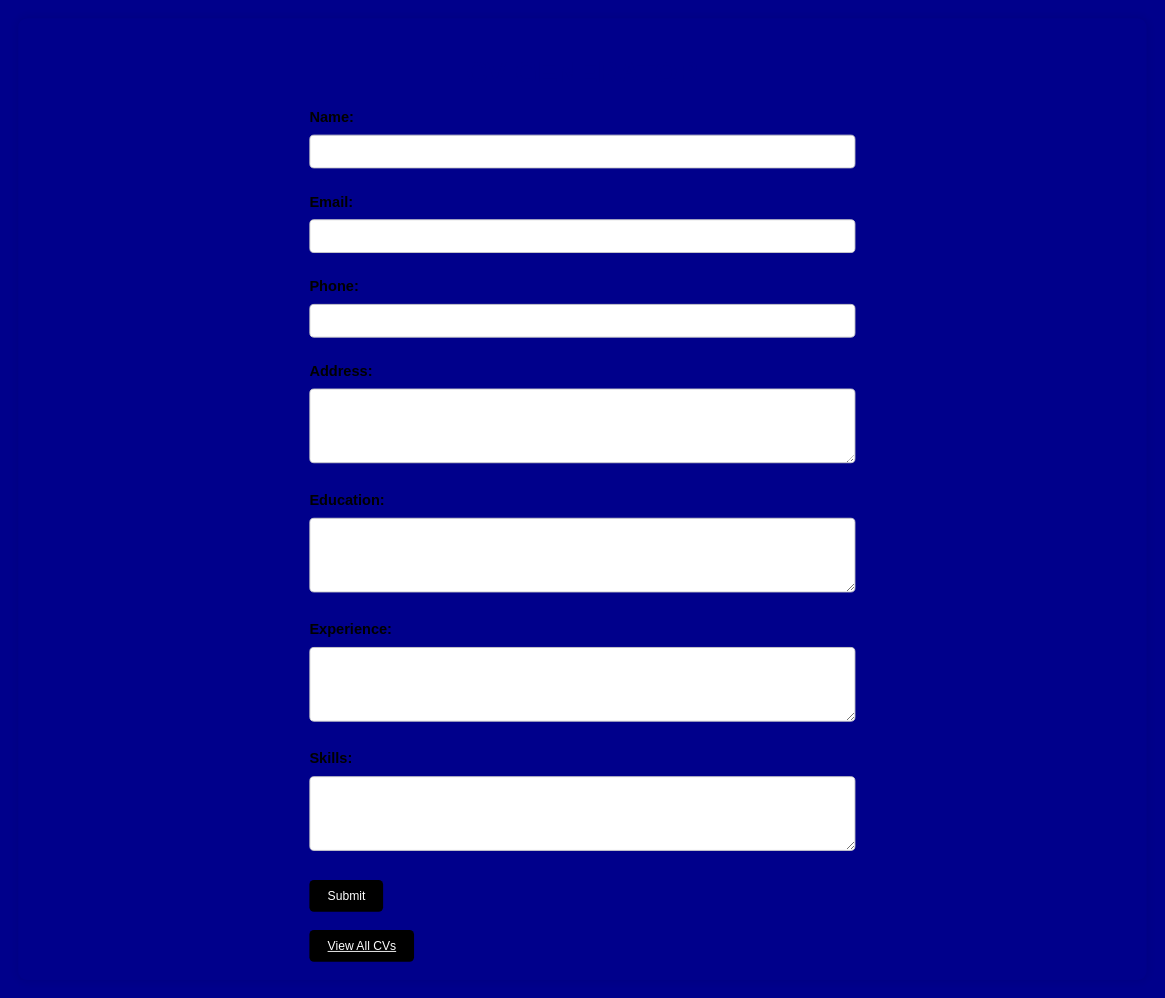
Repository: Arisha004/CV-generator
Page: index.html
These files come from the project's save history. The page is drawn as it stood at one moment and after a run of saves; the edit follows.
The browser window is 1280 px wide. The pictures show the whole page, at 91% of full size.

Above is the page before, as saved 2025-10-14 01:08:46.

### index.html
<!DOCTYPE html>
<html lang="en">
<head>
    <meta charset="UTF-8">
    <meta name="viewport" content="width=device-width, initial-scale=1.0">
    <title>Document</title>
    <link rel="stylesheet" href="style.css">
</head>
<body>
    <h1> CV GENERATOR </h1>
    <form id="cv" action="insert.php" method="post">
        <label for="name">Name:</label>
        <input type="text" id="name" name="name" required><br><br>

        <label for="email">Email:</label>
        <input type="email" id="email" name="email" required><br><br>

        <label for="phone">Phone:</label>
        <input type="tel" id="phone" name="phone" required><br><br>
        <label for="address">Address:</label><br>
        <textarea id="address" name="address" rows="4" cols="50"  required></textarea><br><br>
        <label for="education">Education:</label><br>
        <textarea id="education" name="education" rows="4" cols="50" required></textarea><br><br>

        <label for="experience">Experience:</label><br>
        <textarea id="experience" name="experience" rows="4" cols="50" required></textarea><br><br>

        <label for="skills">Skills:</label><br>
        <textarea id="skills" name="skills" rows="4" cols="50" required></textarea><br><br>

        <button type="submit" value="submit"> Submit </button>
    </form>

    <div style="margin-top: 20px;">
        <form id="cv" action="list.php" method="get">
      <button>  <a href="list.php">View All CVs</a></button></form>
    </div>
</body>
</html>

### style.css

body{
    background-color: darkblue;
    font-family: Arial, sans-serif;
    margin: 20px;
    padding: 20px;
    border-radius: 10px;
    box-shadow: 0 0 10px rgba(0, 0,0, 0.1);

}
h1{
    color: darkblue;
    text-align: center;
}
p{
    font-size: 16px;
    line-height: 1.5;
    color: #333;
}
a{
    color: lightblue;
    text-decoration: underline;
}
a:hover{
    text-decoration: underline;
}
button{
    background-color: black;
    color: white;
    border: none;
    padding: 10px 20px;
    border-radius: 5px;
    cursor: pointer;
}
button:hover{
    background-color: navy;
}
input[type="text"], input[type="email"], textarea,input[type="tel"]{
    width: 100%;
    padding: 10px;
    margin: 10px 0;
    border: 1px solid #ccc;
    border-radius: 5px;
    box-sizing: border-box;
}
h2{
    color: darkblue;
    border-bottom: 2px solid darkblue;
    padding-bottom: 5px;
}
input[type="submit"]{
    background-color: darkblue;
    color: white;
    border: none;
    padding: 10px 20px;
    border-radius: 5px;
    cursor: pointer;
}
  table, th, td{
            border: 1px solid black;
            border-collapse: collapse;
        }
        th, td{
            padding: 10px;
        }

form{
    max-width: 600px;
    margin: auto;
}
label{
    font-weight: bold;
}
.container{
    max-width: 800px;
    margin: auto;
    padding: 20px;
    background-color: white;
    border-radius: 10px;
    box-shadow: 0 0 10px rgba(0, 0, 0, 0.1);
}
button a{
    color: white;

}

After the next 2 saves:
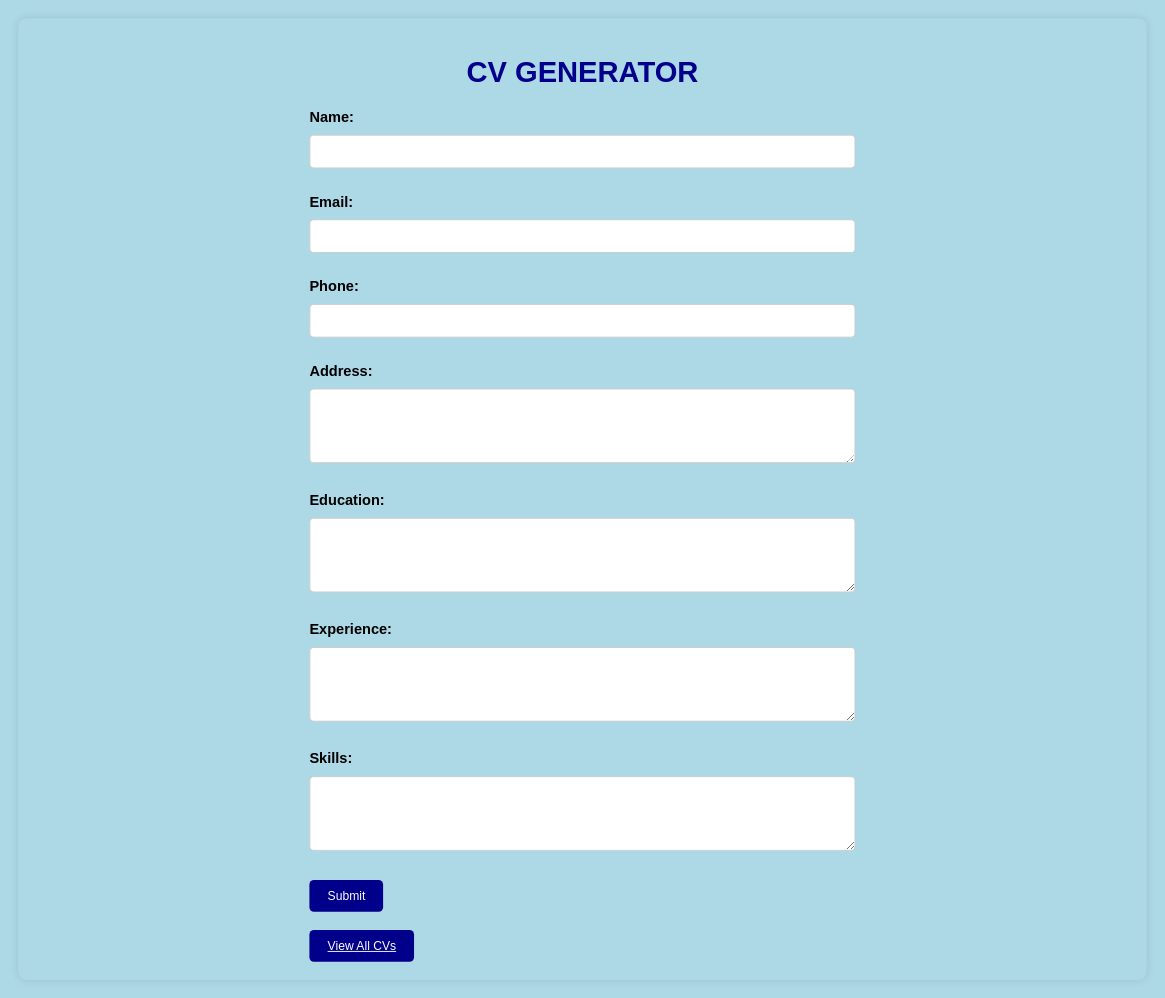
The 2 saves are shown as one change because they came seconds apart.
The last was saved 11 s later.
--- a/style.css
+++ b/style.css
@@ -1,6 +1,6 @@
 
 body{
-    background-color: darkblue;
+    background-color: lightblue;
     font-family: Arial, sans-serif;
     margin: 20px;
     padding: 20px;
@@ -25,7 +25,7 @@
     text-decoration: underline;
 }
 button{
-    background-color: black;
+    background-color: darkblue;
     color: white;
     border: none;
     padding: 10px 20px;

After the 2 saves that followed:
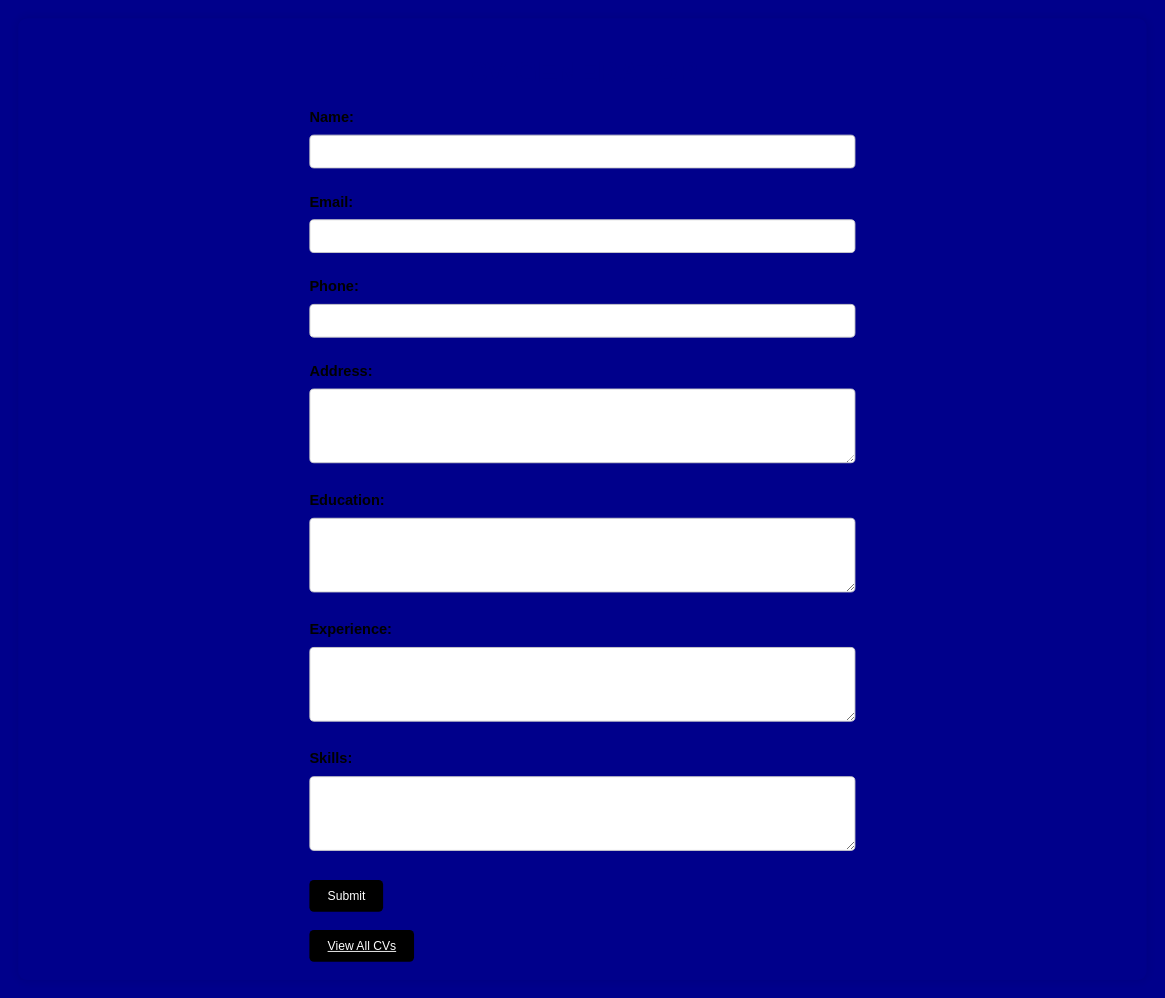
The 2 saves are shown as one change because they came seconds apart.
The last was saved 7 s later.
--- a/style.css
+++ b/style.css
@@ -1,6 +1,6 @@
 
 body{
-    background-color: lightblue;
+    background-color: darkblue;
     font-family: Arial, sans-serif;
     margin: 20px;
     padding: 20px;
@@ -25,7 +25,7 @@
     text-decoration: underline;
 }
 button{
-    background-color: darkblue;
+    background-color: black;
     color: white;
     border: none;
     padding: 10px 20px;
@@ -33,7 +33,7 @@
     cursor: pointer;
 }
 button:hover{
-    background-color: navy;
+    background-color: bla;
 }
 input[type="text"], input[type="email"], textarea,input[type="tel"]{
     width: 100%;
